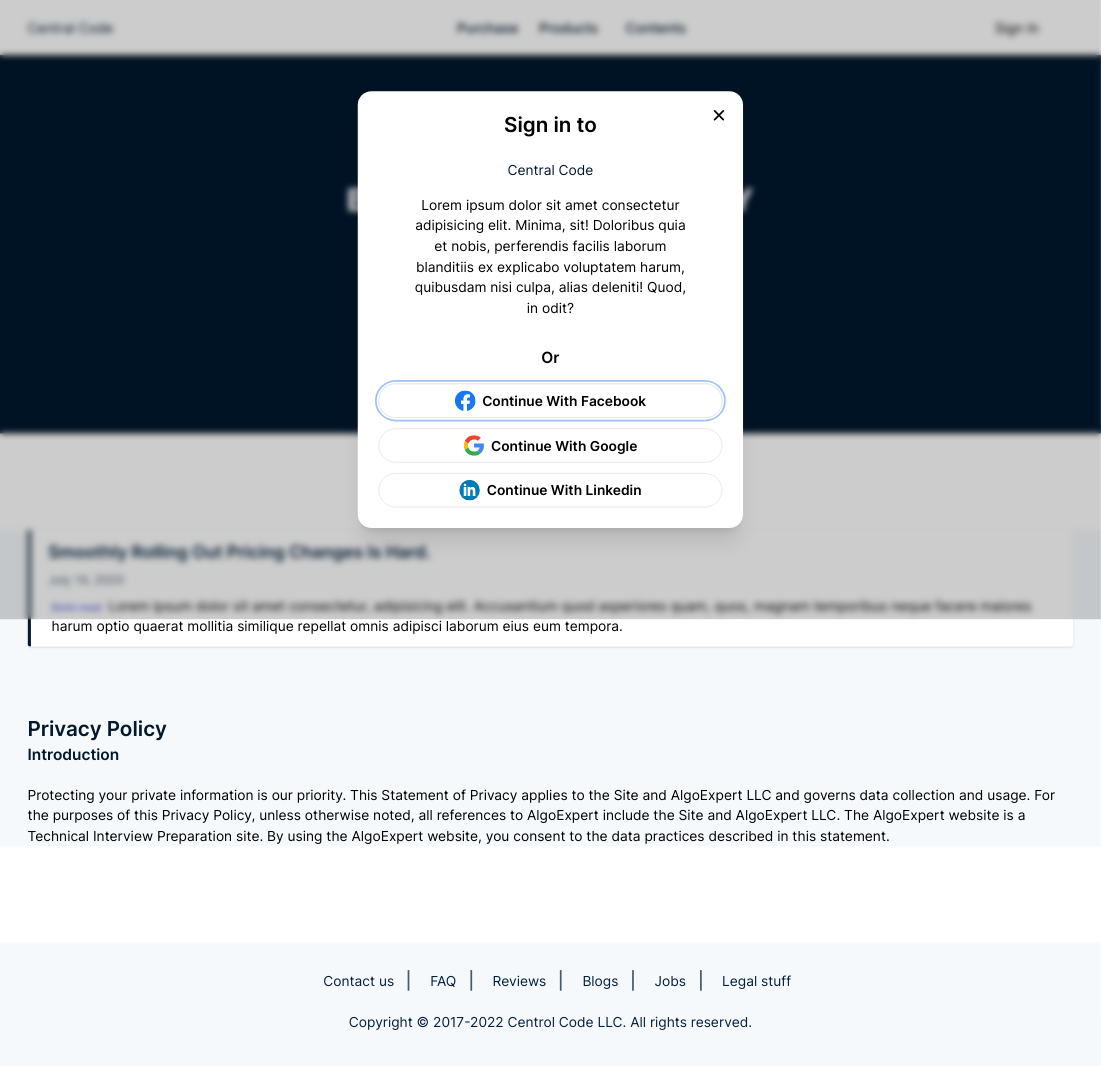
Repository: om1ars/Xjkey
Page: /privacy
The author's editor kept a copy of each file at every save. The page is drawn from the files as they stood at one save, then again after the next save.
The browser window is 1280 px wide. The pictures show the whole page, at 86% of full size.
The project was rebuilt for these pictures with package versions that can differ from the ones it lists, and the page was loaded fresh each time. The framework's server and built-in components were replaced by stand-ins that run in the browser. Also part of the build but not shown: next.config.js.

Above is the page before, as saved 2022-03-20 23:35:46.

### src/pages/_app.tsx
import "@/css/fonts.css";
// Import Swiper styles
import "swiper/css";
import "swiper/css/free-mode";
import "swiper/css/scrollbar";
import "swiper/css/navigation";
//
import "@/css/main.scss";
import type { AppProps } from "next/app";
import { ThemeProvider } from "next-themes";
import { Header } from "@/components/Header";
import DefaultLayout from "@/layouts/DefaultLayout";
import Head from "next/head";

function MyApp({ Component, pageProps }: AppProps) {
  return (
    <>
      <Head>
        <link
          rel="stylesheet"
          href="https://cdn.jsdelivr.net/gh/devicons/devicon@latest/devicon.min.css"
        />
      </Head>
      <ThemeProvider attribute="class" defaultTheme="system">
        <DefaultLayout>
          <Component {...pageProps} />
        </DefaultLayout>
      </ThemeProvider>
    </>
  );
}

export default MyApp;

### src/pages/_document.tsx
import NextDocument, {
  Html,
  Head,
  Main,
  NextScript,
  DocumentContext,
} from 'next/document';

export default class Document extends NextDocument {
  static async getInitialProps(ctx: DocumentContext) {
    const initialProps = await NextDocument.getInitialProps(ctx);
    return { ...initialProps };
  }

  render() {
    return (
      <Html lang='en' className='dark'>
        <Head>
          <link href='/favicons/site.webmanifest' rel='manifest' />
          <link href='/favicons/favicon.ico' rel='shortcut icon' />
          <link
            href='/favicons/apple-touch-icon.png'
            rel='apple-touch-icon'
            sizes='180x180'
          />
          <link
            href='/favicons/favicon-32x32.png'
            rel='icon'
            sizes='32x32'
            type='image/png'
          />
          <link
            href='/favicons/favicon-16x16.png'
            rel='icon'
            sizes='16x16'
            type='image/png'
          />
          <link
            rel='mask-icon'
            href='/favicons/safari-pinned-tab.svg'
            color='#6366f1'
          />
          <meta content='#ffffff' name='theme-color' />
          <meta content='#ffffff' name='msapplication-TileColor' />
          <meta
            content='/favicons/browserconfig.xml'
            name='msapplication-config'
          />
        </Head>
        <body className='dark:highlight-white/5 bg-neutral-100 text-slate-900 antialiased dark:bg-gray-800 dark:text-white'>
          <Main />
          <NextScript />
        </body>
      </Html>
    );
  }
}

### src/pages/privacy.tsx
import Hero from "@/components/HomeComponents/Hero";
import React from "react";

export default function Privacy() {
  return (
    <div>
      <Hero title="Boring Privacy Policy" subtitle="Because we gotta have it" />

      <main
        className="mx-auto max-w-screen-xl bg-whiteBg px-6 sm:px-8 "
        id="video-explanation"
      >
        <div className="mt-28 mb-28 space-y-20">
          <div className="rounded border-l-4 border-mainBg bg-white py-3 px-5 shadow transition-all hover:-translate-y-1 hover:shadow-lg">
            <div className="flex flex-row items-center justify-between">
              <div>
                <h6 className="text-xl font-semibold  text-textBold">
                  Smoothly Rolling Out Pricing Changes Is Hard.
                </h6>
                <h4 className="mt-2 mb-2  text-left text-sm text-textColor">
                  July 14, 2020
                </h4>
              </div>
              <div></div>
            </div>
            <div className="flex flex-row items-center justify-start text-left">
              <span className="mr-1"></span>
              <p>
                <span className="mr-2 text-xs  font-semibold  text-buttonBg">
                  6min read
                </span>
                <span>
                  Lorem ipsum dolor sit amet consectetur, adipisicing elit.
                  Accusantium quod asperiores quam, quos, magnam temporibus
                  neque facere maiores harum optio quaerat mollitia similique
                  repellat omnis adipisci laborum eius eum tempora.{" "}
                </span>
              </p>
            </div>
          </div>

          <div className="mt-4">
            <h1 className="text-2xl  font-semibold text-mainBg ">
              Privacy Policy
            </h1>
            <div>
              <span className="mt-4  text-lg font-semibold text-mainBg">
                Introduction
              </span>
              <p className="text mt-5">
                Protecting your private information is our priority. This
                Statement of Privacy applies to the Site and AlgoExpert LLC and
                governs data collection and usage. For the purposes of this
                Privacy Policy, unless otherwise noted, all references to
                AlgoExpert include the Site and AlgoExpert LLC. The AlgoExpert
                website is a Technical Interview Preparation site. By using the
                AlgoExpert website, you consent to the data practices described
                in this statement.
              </p>
            </div>
          </div>
        </div>
      </main>
    </div>
  );
}

### src/css/fonts.css
@font-face {
  font-family: "Inter var";
  font-weight: 100 900;
  font-display: swap;
  font-style: normal;
  font-named-instance: "Regular";
  src: url("../fonts/Inter-roman-latin.var.woff2") format("woff2");
}

@font-face {
  font-family: "Inter var";
  font-weight: 100 900;
  font-display: swap;
  font-style: italic;
  font-named-instance: "Italic";
  src: url("../fonts/Inter-italic-latin.var.woff2") format("woff2");
}

### src/css/main.scss
@tailwind base;
@tailwind components;
@tailwind utilities;
@import "./flip-card.scss";
@import "node_modules/react-modal-video/scss/modal-video.scss";

@layer base {
  .dark {
    color-scheme: dark;
  }
}

/* styling Swiper default navigations elements */
.swiper-button-next {
  background-color: theme("colors.white");
  height: 40px;
  width: 40px;
  border-radius: 100px;
  box-shadow: theme("boxShadow.lg");
  transition: all;
  transition-duration: 150ms;
}

html.dark .swiper-button-next {
  background-color: theme("colors.mainBg");
}

.swiper-button-next:hover {
  background-color: theme("colors.mainBg");
}

html.dark .swiper-button-next:hover {
  background-color: theme("colors.mainBg");
}

.swiper-button-next::after {
  color: black;
  font-size: 1rem;
  font-weight: bold;
}
html.dark .swiper-button-next::after {
  color: theme("colors.white");
}

.swiper-button-prev {
  background-color: theme("colors.white");
  height: 40px;
  width: 40px;
  border-radius: 100px;
  box-shadow: theme("boxShadow.lg");
  transition: all;
  transition-duration: 150ms;
}

html.dark .swiper-button-prev {
  background-color: theme("colors.mainBg");
}

.swiper-button-prev:hover {
  background-color: theme("colors.mainBg");
}

html.dark .swiper-button-prev:hover {
  background-color: theme("colors.mainBg");
}

.swiper-button-prev::after {
  color: black;
  font-size: 1rem;
  font-weight: bold;
}
html.dark .swiper-button-prev::after {
  color: theme("colors.white");
}

html.dark .swiper-scrollbar {
  background: rgb(255, 255, 255, 0.2);
}
html.dark .swiper-scrollbar-drag {
  background: rgb(255, 255, 255, 0.6);
}
/* end of styling Swiper default navigations elements */

.front_main_drop:hover .front_sub_drop {
  display: block;
}
.back_main_drop:hover .back_sub_drop {
  display: block;
}

::-webkit-scrollbar {
  width: 4px;
}

/* Handle */
::-webkit-scrollbar-thumb {
  background: #626ee3;
  border-radius: 6px;
}

/* Handle on hover */
::-webkit-scrollbar-thumb:hover {
  background: #535DC5;
}

### src/layouts/DefaultLayout.tsx
import Footer from "@/components/Footer";
import { Header } from "@/components/Header";
import React, { FC } from "react";

export default function DefaultLayout({ children }: any) {
  return (
    <div>
      <Header />
      <main>{children}</main>
      <Footer />
    </div>
  );
}

### src/components/HomeComponents/Hero.tsx
import React, { useEffect, useState } from "react";
import Image from "next/image";
import { Transition } from "@headlessui/react";
import { Button, IconButton } from "../Button";

const Hero = ({ title, subtitle }: any) => {
  const [showBanner, setShowBanner] = useState(true);
  return (
    <>
      <div className="relative h-[640px] w-full bg-mainBg text-white sm:h-[55vh] md:h-[440px]">
        {/* <Image
          src="/img/corporate.jpg"
          alt="corporate"
          layout="fill"
          objectFit="cover"
        /> */}
        <div className="absolute inset-0 bg-neutral-900/70">
          <div className="mx-auto max-w-screen-lg">
            <div className="m-6 min-h-[60px]">

            </div>
            <div className="mx-4  mt-16 flex flex-col items-center text-center">
              <h1 className="text-xl font-extrabold uppercase tracking-wide text-white sm:text-4xl md:text-3xl lg:text-4xl">
                {title}
              </h1>
              <span className="mt-6 text-xl text-white sm:text-2xl">
                {subtitle}
              </span>

              <div className="mt-8">
                {/* <SearchForm /> */}
              </div>
            </div>
          </div>
        </div>
      </div>
      {/* <HeroBottomCard /> */}
    </>
  );
};

export default Hero;

const HeroInnerBanner: React.FC<{ show: boolean; onClose: () => void }> = ({
  show,
  onClose,
}) => {
  return (
    <Transition
      show={show}
      enter="transition-opacity duration-75"
      enterFrom="opacity-0"
      enterTo="opacity-100"
      leave="transition-opacity duration-150"
      leaveFrom="opacity-100"
      leaveTo="opacity-0"
    >
      <div className="relative rounded bg-gradient-to-r from-purple-500 to-indigo-800 py-3 px-8 text-center text-white shadow-lg md:rounded-full">
        <p>
          Welcome to <span className="font-bold">HIREDLi</span>. An easier and
          faster job discovery platform.
        </p>
        <span className="absolute top-1 right-1 sm:top-2 sm:right-2">
          <IconButton
            aria-label="close banner"
            variant="ghost"
            size="sm"
            onClick={onClose}
          >
            <svg
              className="h-6 w-6"
              fill="none"
              viewBox="0 0 24 24"
              stroke="currentColor"
            >
              <path
                strokeLinecap="round"
                strokeLinejoin="round"
                strokeWidth={2}
                d="M6 18L18 6M6 6l12 12"
              />
            </svg>
          </IconButton>
        </span>
      </div>
    </Transition>
  );
};

const items = [
  "Algorithms adn DSA",
  "Advanced React.js",
  "Interview questions",
];

const SearchForm = () => {
  const [query, setQuery] = useState("");
  const [isDirty, setIsDirty] = useState(false);

  useEffect(() => {
    let index = 0;
    let interval = setInterval(() => {
      if (!isDirty) {
        let value = items[index >= items.length ? (index = 0) : index];
        setQuery(value);
      }
      index++;
    }, 2000);

    return () => {
      clearInterval(interval);
    };
  }, [isDirty]);

  return (
    <form
      className="group"
      onSubmit={(e) => {
        e.preventDefault();
      }}
    >
      <div
        id="form-control"
        className="flex items-center overflow-hidden rounded-full bg-white shadow-md group-focus-within:ring-2 group-focus-within:ring-indigo-400 group-focus-within:ring-offset-2 group-focus-within:ring-offset-transparent"
      >
        <span className="pointer-events-none block px-2 text-textBold group-focus-within:text-textBold">
          <svg
            className="h-6 w-6"
            fill="none"
            viewBox="0 0 24 24"
            stroke="currentColor"
          >
            <path
              strokeLinecap="round"
              strokeLinejoin="round"
              strokeWidth={2}
              d="M21 21l-6-6m2-5a7 7 0 11-14 0 7 7 0 0114 0z"
            />
          </svg>
        </span>
        <input
          className="w-full outline-none border-none appearance-none border-transparent p-2 text-xl leading-6 text-textBold placeholder-textBold focus:border-transparent focus:ring-0"
          type="text"
          aria-label="Search input"
          placeholder="Search for anything"
          onClick={() => {
            if (!isDirty) {
              setIsDirty(true);
              setQuery("");
            }
          }}
          value={query}
          onChange={(e) => setQuery(e.target.value)}
        />
        <button
          type="submit"
          className="hidden h-11 shrink-0  bg-buttonBg px-2 font-semibold text-white transition-colors duration-500 ease-in-out hover:bg-buttonHover sm:block"
        >
          Discover Now
        </button>
      </div>
      <Button size="lg" type="submit" className="mt-8 sm:hidden">
        Discover Now
      </Button>
    </form>
  );
};

### src/css/flip-card.scss
.algo_flip_card_container {
  width: 100%;
  padding: 40px;
  height: 100%;
  background: #02203c;
  //   display: flex;
  justify-content: center;
  align-items: center;
}
.services-box {
  display: flex;
  justify-content: center;
  align-items: center;
  flex-wrap: wrap;
}

.service {
  margin: 8px;
}

.flip-box {
  background-color: transparent;
  width: 300px;
  height: 200px;
  //   border: 1px solid #15314b;
  border-radius: 10px;
  perspective: 1000px;
}

.flip-box-inner {
  position: relative;
  width: 100%;
  height: 100%;
  text-align: center;
  transition: transform 0.4s;
  transform-style: preserve-3d;

  display: flex;
  justify-content: center;
  align-items: center;
}

.flip-box:hover .flip-box-inner {
  transform: rotateY(180deg);
}

.flip-box-front,
.flip-box-back {
  position: absolute;
  width: 100%;
  height: 100%;
  -webkit-backface-visibility: hidden;
  backface-visibility: hidden;

  display: flex;
  justify-content: center;
  align-items: center;
  flex-direction: column;
}

.flip-box-front {
  background-color: #15314b;
  color: white;
  border-radius: 4px;
}


.flip-box-front img {
  height: 50px;
  width: 50px;
}

.flip-box-back {
  background-color: #15314b;
  color: white;
  transform: rotateY(180deg);
  border-radius: 4px;
  padding: 16px;
}

### src/components/Footer.tsx
import Link from "next/link";
import React from "react";

export default function Footer() {
  return (
    <div>
      <div className="mt-10 flex flex-col items-center justify-center bg-whiteBg pl-48 pr-48 pt-8 pb-10 text-textBold">
        <div className="sm:flex sm:flex-wrap md:flex md:flex-wrap lg:flex ">
          <div className="ml-4 flex ">
            <span className="mr-2 ml-2">
              <Link href="/help">Contact us</Link>
            </span>
            <div className=" ml-2 w-0.5 bg-textColor"></div>
          </div>
          <div className="ml-4 flex ">
            <span className="mr-2 ml-2">
              <Link href="/help">FAQ</Link>
            </span>
            <div className=" ml-2 w-0.5 bg-textColor"></div>
          </div>
          <div className="ml-4 flex ">
            <span className="mr-2 ml-2">Reviews</span>
            <div className=" ml-2 w-0.5 bg-textColor"></div>
          </div>
          <div className="ml-4 flex ">
            <span className="mr-2 ml-2">
              <Link href="/blog">Blogs</Link>
            </span>
            <div className=" ml-2 w-0.5 bg-textColor"></div>
          </div>
          <div className="ml-4 flex ">
            <span className="mr-2 ml-2">Jobs</span>
            <div className=" ml-2 w-0.5 bg-textColor"></div>
          </div>
          <div className="ml-4 flex ">
            <span className="mr-2 ml-2 ">
              <Link href="/privacy">Legal stuff</Link>
            </span>
          </div>
        </div>
        <div className="mt-6">
          <span>
            Copyright © 2017-2022 Centrol Code LLC. All rights reserved.
          </span>
        </div>
      </div>
    </div>
  );
}

### src/components/Button/index.tsx
import React, { forwardRef } from "react";
import { __DEV__ } from "@/utils/assertions";

type BaseButtonProps = Omit<React.HTMLProps<HTMLButtonElement>, "size">;

/* === Button Element === */

export interface ButtonProps extends BaseButtonProps {
  children: React.ReactNode;
  fullWidth?: boolean;
  className?: string;
  variant?: "solid" | "outline" | "ghost";
  size?: "sm" | "md" | "lg";
  as?: string;
  isExternal?: boolean;
  type?: "button" | "submit" | "reset";
}

export const Button = forwardRef<HTMLButtonElement, ButtonProps>(
  (
    {
      children,
      variant = "solid",
      size = "md",
      fullWidth = false,
      className,
      as = "button",
      isExternal = false,
      ...rest
    },
    ref
  ) => {
    let tempClassNames: string[] = [];

    const sharedClasses = [
      "capitalize",
      "focus:outline-none",
      "focus:ring-2",
      "focus:ring-sky-400",
      "focus:ring-offset-2",
      "focus:ring-offset-sky-50",
      "font-semibold",
      "rounded-full",
      "inline-flex",
      "flex-shrink-0",
      "items-center",
      "justify-center",
      "transition-colors",
      "ease-in-out",
      "duration-500",
    ];

    if (fullWidth) sharedClasses.push("w-full");

    // handle variants
    let btnSolid = ["bg-sky-600", "hover:bg-sky-700", "text-white"];
    let btnOutline = [
      "dark:text-white",
      "hover:text-sky-700",
      "hover:dark:text-sky-700",
      "bg-transparent",
      "hover:bg-sky-50",
      "border",
      "border-sky-600",
    ];
    let btnGhost = [
      "bg-transparent",
      "dark:text-white",
      "hover:bg-sky-50",
      "hover:text-sky-700",
      "hover:dark:text-sky-700",
    ];

    if (variant === "solid") {
      tempClassNames = [...sharedClasses, ...btnSolid];
    } else if (variant === "outline") {
      tempClassNames = [...sharedClasses, ...btnOutline];
    } else if (variant === "ghost") {
      tempClassNames = [...sharedClasses, ...btnGhost];
    }

    // handle sizes
    let sizeSm = ["h-8", "px-2", "text-sm"];
    let sizeMd = ["h-10", "px-3"];
    let sizeLg = ["h-12", "px-4", "text-lg"];

    if (size === "sm") {
      tempClassNames = [...tempClassNames, ...sizeSm];
    } else if (size === "md") {
      tempClassNames = [...tempClassNames, ...sizeMd];
    } else if (size === "lg") {
      tempClassNames = [...tempClassNames, ...sizeLg];
    }

    let classes = tempClassNames.join(" ");

    let Element = as ? (
      React.createElement(
        as,
        {
          className: `${classes} ${className}`,
          target: isExternal ? "_blank" : undefined,
          rel: isExternal ? "noopener noreferrer" : undefined,
          ref,
          ...rest,
        },
        children
      )
    ) : (
      <button {...rest} className={`${classes} ${className}`} ref={ref}>
        {children}
      </button>
    );

    return Element;
  }
);

if (__DEV__) {
  Button.displayName = "Button";
}

/* === IconButton Element === */

export interface IconButtonProps extends ButtonProps {
  icon?: React.ReactElement;
  "aria-label": string;
}

export const IconButton = forwardRef<HTMLButtonElement, IconButtonProps>(
  (
    {
      children,
      icon,
      className,
      "aria-label": ariaLabel,
      size = "md",
      ...rest
    },
    ref
  ) => {
    let sharedClasses = ["rounded-full", "!px-0"];

    // handle sizes
    let sizeSm = ["w-8"];
    let sizeMd = ["w-10"];
    let sizeLg = ["w-12"];

    if (size === "sm") {
      sharedClasses = [...sharedClasses, ...sizeSm];
    } else if (size === "md") {
      sharedClasses = [...sharedClasses, ...sizeMd];
    } else if (size === "lg") {
      sharedClasses = [...sharedClasses, ...sizeLg];
    }

    /**
     * Passing the icon as prop or children should work
     */
    const element = icon || children;
    const _children = React.isValidElement(element)
      ? React.cloneElement(element as any, {
          "aria-hidden": true,
          focusable: false,
        })
      : null;

    let classes = sharedClasses.join(" ");
    return (
      <Button
      className={`${classes} ${className}`}
        aria-label={ariaLabel}
        size={size}
        {...rest}
        ref={ref}
      >
        {_children}
      </Button>
    );
  }
);

if (__DEV__) {
  IconButton.displayName = "IconButton";
}

### src/components/Logo.tsx
import clsx from "clsx";
import React from "react";

export default function Logo() {
  return (
    <span
      className='text-mainBg'
    >
      Central Code
    </span>
  );
}

### src/utils/assertions.ts
export const __DEV__ = process.env.NODE_ENV !== "production";

Loaded but not shown: tailwind.config.js (40 lines, source omitted); src/components/Header.tsx (386 lines, source omitted); src/components/HomeComponents/AuthenticationDialog.tsx (206 lines, source omitted); src/components/ThemeToggle.tsx (220 lines, source omitted)

After the next save:
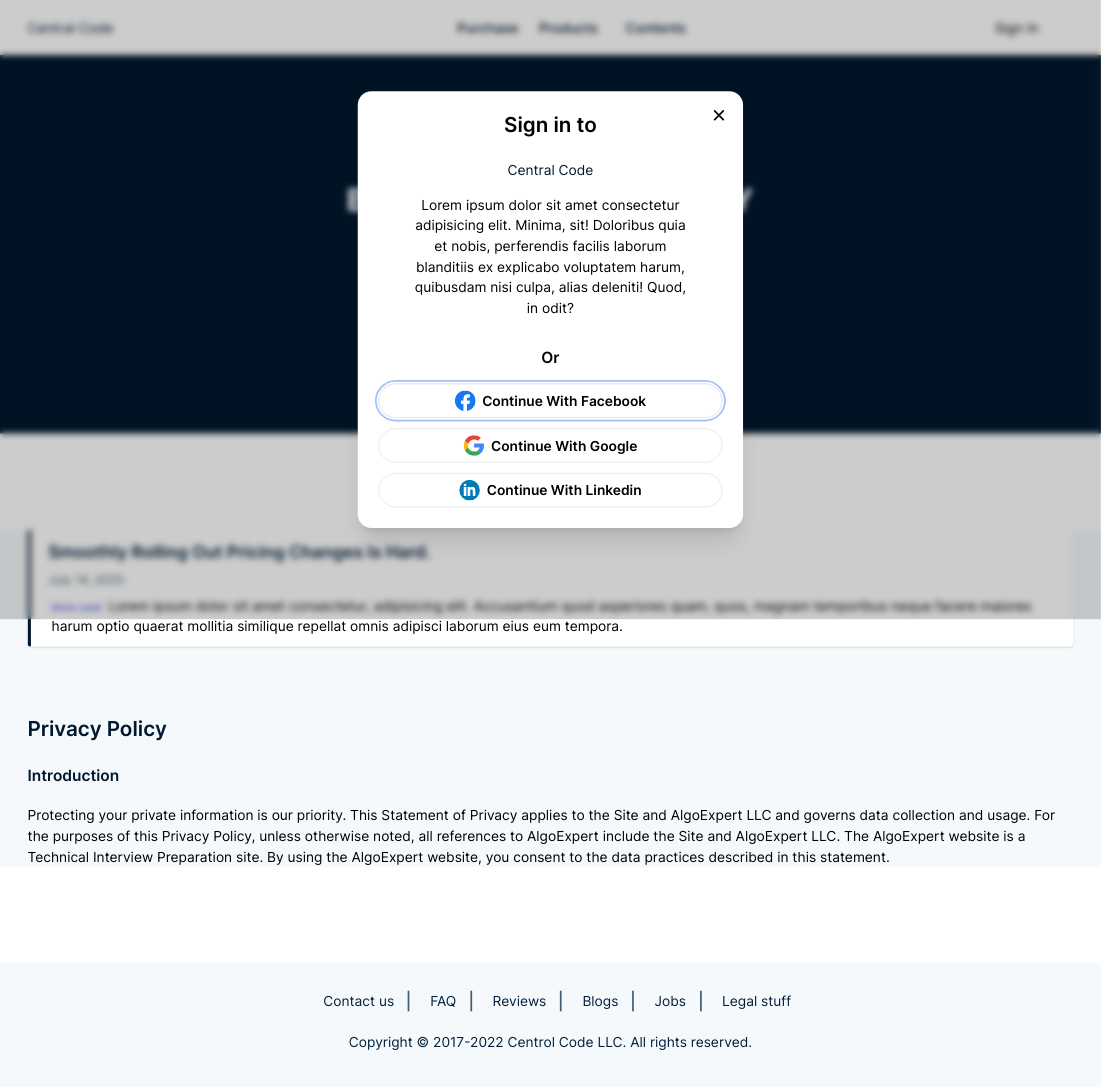
Saved 9 s later.
--- a/src/pages/privacy.tsx
+++ b/src/pages/privacy.tsx
@@ -43,7 +43,7 @@ export default function Privacy() {
             <h1 className="text-2xl  font-semibold text-mainBg ">
               Privacy Policy
             </h1>
-            <div>
+            <div className="mt-6">
               <span className="mt-4  text-lg font-semibold text-mainBg">
                 Introduction
               </span>
